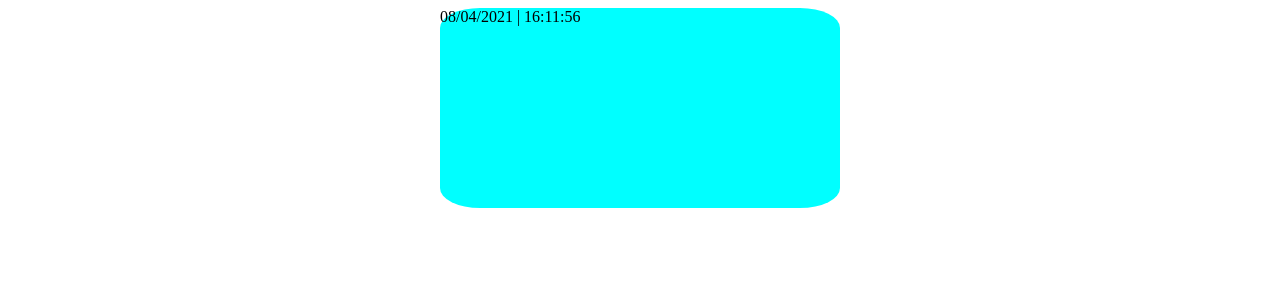
Repository: Widzisz/zadania-JavaScript
Page: www/index.html
These files come from the project's save history. The page is drawn as it stood at one moment and after the next save; the edit follows.
The browser window is 1280 px wide. The pictures show the whole page.

Above is the page before, as saved 2021-04-08 18:30:13.

### www/index.html
<!DOCTYPE HTML>
<html lang="pl">

<head>
	<meta charset="utf-8" />
	<link rel="stylesheet" href="main.css">
	<title>Odliczanie czasu</title>

	<script type="text/javascript" src="timer.js">
	</script>

</head>

<body onload="timer()">

	<div class="container">
		<div id="zegar"></div>
	</div>

	<script type="text/javascript">
	</script>

</body>

</html>

### www/main.css
.container {
  display: flex;
  justify-content: center;
  align-items: center;
}

#zegar {
  height: 200px;
  width: 400px;
  border-radius: 10%;
  background-color: aqua;
}

### www/timer.js







function timer() {
	let today = new Date();

	let day = today.getDate();
	if (day < 10) {
		day = "0" + day;
	}
	let month = today.getMonth() + 1;
	if (month < 10) {
		month = "0" + month;
	}
	let year = today.getFullYear();

	let hours = today.getHours();
	if (hours < 10) {
		hours = "0" + hours;
	}
	let minutes = today.getMinutes();
	if (minutes < 10) {
		minutes = "0" + minutes;
	}
	let seconds = today.getSeconds();
	if (seconds < 10) {
		seconds = "0" + seconds;
	}

	document.getElementById("zegar").innerHTML = day + "/" + month + "/" + year
		+ " " + "|" + " " + hours + ":" + minutes + ":" + seconds;

	setTimeout("timer()", 1000);
}


























































// function odliczanie() {
// 	var dzisiaj = new Date();

// 	var dzien = dzisiaj.getDate();
// 	var miesiac = dzisiaj.getMonth() + 1;
// 	var rok = dzisiaj.getFullYear();

// 	var godzina = dzisiaj.getHours();
// 	if (godzina < 10) godzina = "0" + godzina;

// 	var minuta = dzisiaj.getMinutes();
// 	if (minuta < 10) minuta = "0" + minuta;

// 	var sekunda = dzisiaj.getSeconds();
// 	if (sekunda < 10) sekunda = "0" + sekunda;

// 	document.getElementById("zegar").innerHTML =
// 		dzien + "/" + miesiac + "/" + rok + " | " + godzina + ":" + minuta + ":" + sekunda;

// 	setTimeout("odliczanie()", 1000);
// }

After the next save:
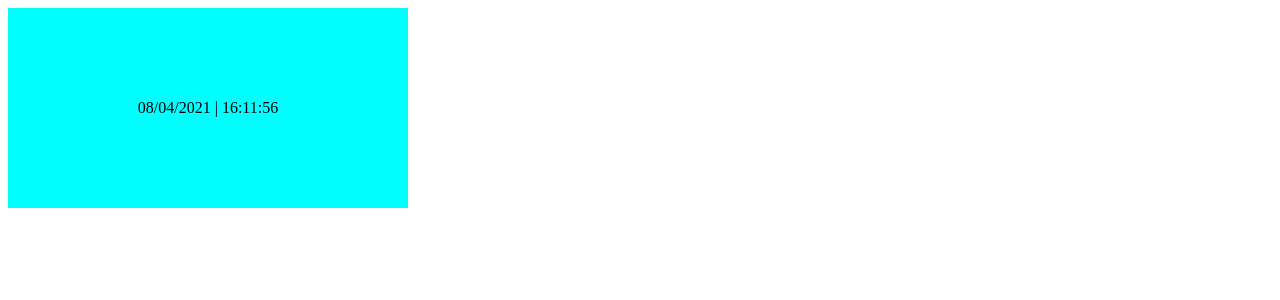
Saved 18 s later.
--- a/www/main.css
+++ b/www/main.css
@@ -2,11 +2,10 @@
   display: flex;
   justify-content: center;
   align-items: center;
+  height: 200px;
+  width: 400px;
+  background-color: aqua;
 }
 
 #zegar {
-  height: 200px;
-  width: 400px;
-  border-radius: 10%;
-  background-color: aqua;
 }
